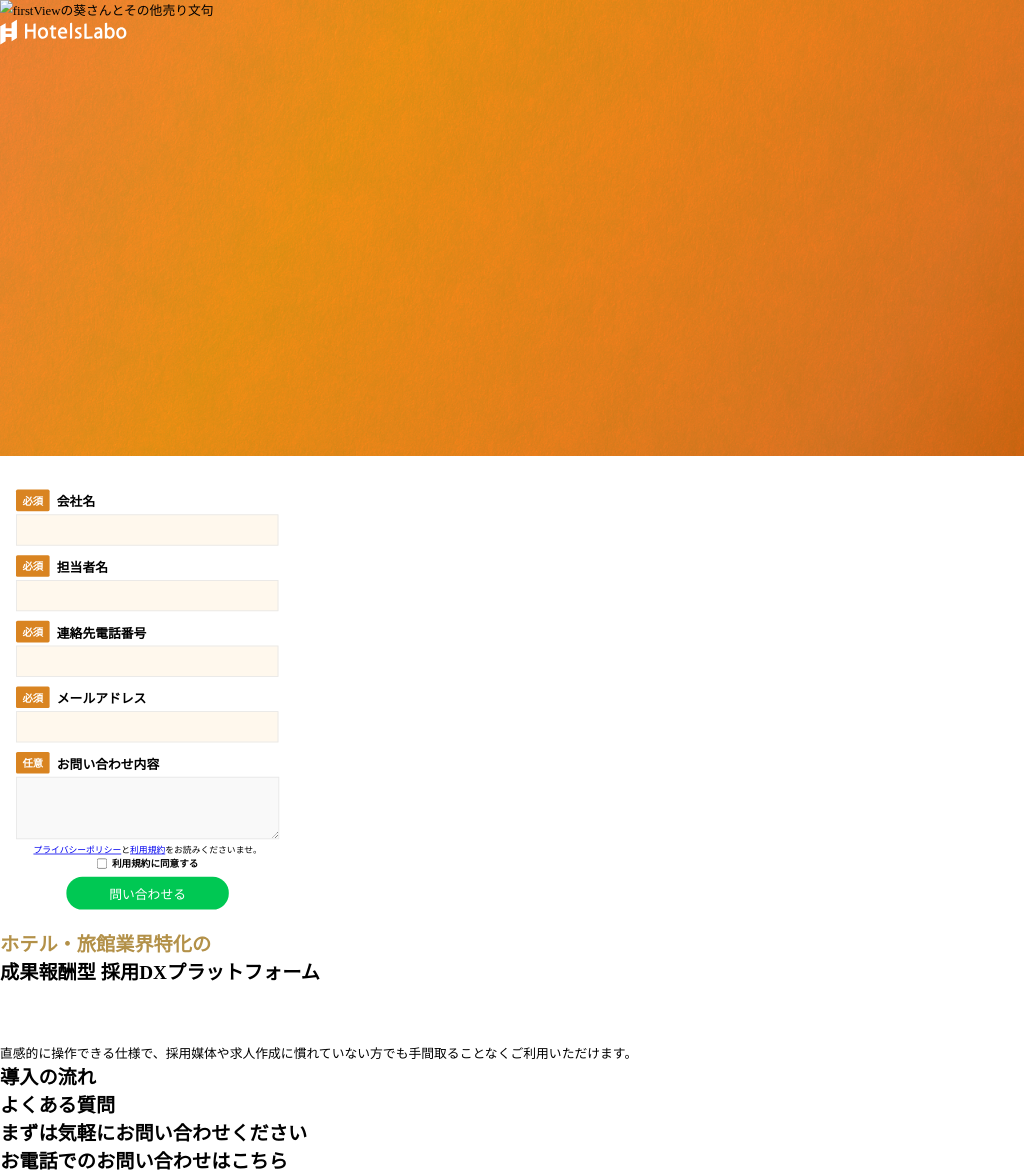
Repository: FujieRyou/to_b_lp
Page: index.html
An editor plug-in stored every save of this project. The page is shown before and after the next save, followed by the edit.
The browser window is 1280 px wide. The pictures show the whole page, at 80% of full size.

Above is the page before, as saved 2024-02-25 02:02:53.
Not found: index.js

### index.html
<!DOCTYPE html>
<html lang="ja">
    <head>
        <meta charset="utf-8">
        <meta http-equiv="X-UA-Compatible" content="ie=edge">
        <meta name="viewport" content="width=device-width,initial-scale=1.0,minimum-scale=1.0">
        <meta name="format-detection" content="telephone=no">
        <meta name="keywords" content="">
        <meta name="description" content="ここに説明文を設定">
        <meta name="twitter:card" content="summary">
        <meta name="twitter:site" content="@twitteraccount">
        <meta property="og:site_name" content="サイト名">
        <meta property="og:title" content="サイトタイトル">
        <meta property="og:description" content="サイト説明文">
        <meta property="og:url" content="https://www.hogehoge.com">
        <meta property="og:image" content="https://www.hogehoge.com./hoge.jpg">
        <meta property="og:image:type" content="image/jpeg">
        <meta property="og:image:width" content="600">
        <meta property="og:image:height" content="400">
        <meta property="og:type" content="website">
        <title>ホテルズラボ｜ホテルの求人・旅館の転職情報</title>
        <link rel="stylesheet" href="ress.css">
        <link rel="stylesheet" href="style.css">
    </head>
    <body>
        <main>
            <section>
                <div class="firstViewWrap">
                    <div class="firstViewEffect">
                        <div class="contentWrap">
                            <div>
                                <img src="" alt="firstViewの葵さんとその他売り文句">
                                <header>
                                    <h1>
                                        <img src="img/ロゴ.svg" alt="ホテルズラボのロゴ" class="logo">
                                    </h1>
                                </header>
                            </div>
                        </div>
                    </div>
                </div>
            </section>
            <!-- 動く会社のロゴ -->
            <section>
                <div>
                    <ul>
                        <li></li>
                    </ul>
                </div>
            </section>
            <!-- form -->
            <section>
                <div>
                    <form action="" class="formWrap">
                        <div class="formFlexStyle">
                            <label for="companyName"><span>必須</span>会社名</label>
                            <input type="text">
                        </div>
                        <div class="formFlexStyle">
                            <label for="companyName"><span>必須</span>担当者名</label>
                            <input type="text">
                        </div>
                        <div class="formFlexStyle">
                            <label for="companyName"><span>必須</span>連絡先電話番号</label>
                            <input type="text">
                        </div>
                        <div class="formFlexStyle">
                            <label for="companyName"><span>必須</span>メールアドレス</label>
                            <input type="text">
                        </div>
                        <div class="formFlexStyle">
                            <label for="companyName"><span>任意</span>お問い合わせ内容</label>
                            <textarea name="" id="" cols="30" rows="10"></textarea>
                        </div>
                        <p><a href="#">プライバシーポリシー</a>と<a href="#">利用規約</a>をお読みくださいませ。</p>
                        <div class="consent">
                            <input type="checkbox">
                            <label for="">利用規約に同意する</label>
                        </div>
                        <button type="submit">問い合わせる</button>
                    </form>
                </div>
            </section>
            <section>
                <div class="specializedIntroductionWrap">
                    <h2><span>ホテル・旅館業界特化の</span><br>成果報酬型 採用DXプラットフォーム</h2>
                    <div>
                        <div>
                            <img src="" alt="">
                            <img src="" alt="">
                            <img src="" alt="">
                        </div>
                    </div>
                </div>
            </section>
            <section>
                <div>
                    <p></p>
                    <h2><img src="" alt=""></h2>
                    <article></article>
                    <article></article>
                    <article></article>
                    <article></article>
                </div>
            </section>
            <section>
                <div>
                    <h2><img src="" alt=""></h2>
                    <p>直感的に操作できる仕様で、採用媒体や求人作成に慣れていない方でも手間取ることなくご利用いただけます。</p>
                </div>
            </section>
            <section>
                <div>
                    <h2>導入の流れ</h2>
                </div>
            </section>
            <section>
                <div>
                    <h2>よくある質問</h2>
                </div>
            </section>
            <section>
                <div>
                    <h2>まずは気軽にお問い合わせください</h2>
                </div>
            </section>
        </main>
        <footer>
            <h2>お電話でのお問い合わせはこちら</h2>
        </footer>
        <script src="index.js"></script>
    </body>
</html>

### ress.css
/*!
 * ress.css • v4.0.0
 * MIT License
 * github.com/filipelinhares/ress
 */

/* # =================================================================
   # Global selectors
   # ================================================================= */

   html {
    box-sizing: border-box;
    -webkit-text-size-adjust: 100%; /* Prevent adjustments of font size after orientation changes in iOS */
    word-break: normal;
    -moz-tab-size: 4;
    tab-size: 4;
  }

  *,
  ::before,
  ::after {
    background-repeat: no-repeat; /* Set `background-repeat: no-repeat` to all elements and pseudo elements */
    box-sizing: inherit;
  }

  ::before,
  ::after {
    text-decoration: inherit; /* Inherit text-decoration and vertical align to ::before and ::after pseudo elements */
    vertical-align: inherit;
  }

  * {
    padding: 0; /* Reset `padding` and `margin` of all elements */
    margin: 0;
  }

  /* # =================================================================
     # General elements
     # ================================================================= */

  hr {
    overflow: visible; /* Show the overflow in Edge and IE */
    height: 0; /* Add the correct box sizing in Firefox */
    color: inherit; /* Correct border color in Firefox. */
  }

  details,
  main {
    display: block; /* Render the `main` element consistently in IE. */
  }

  summary {
    display: list-item; /* Add the correct display in all browsers */
  }

  small {
    font-size: 80%; /* Set font-size to 80% in `small` elements */
  }

  [hidden] {
    display: none; /* Add the correct display in IE */
  }

  abbr[title] {
    border-bottom: none; /* Remove the bottom border in Chrome 57 */
    /* Add the correct text decoration in Chrome, Edge, IE, Opera, and Safari */
    text-decoration: underline;
    text-decoration: underline dotted;
  }

  a {
    background-color: transparent; /* Remove the gray background on active links in IE 10 */
  }

  a:active,
  a:hover {
    outline-width: 0; /* Remove the outline when hovering in all browsers */
  }

  code,
  kbd,
  pre,
  samp {
    font-family: monospace, monospace; /* Specify the font family of code elements */
  }

  pre {
    font-size: 1em; /* Correct the odd `em` font sizing in all browsers */
  }

  b,
  strong {
    font-weight: bolder; /* Add the correct font weight in Chrome, Edge, and Safari */
  }

  /* https://gist.github.com/unruthless/413930 */
  sub,
  sup {
    font-size: 75%;
    line-height: 0;
    position: relative;
    vertical-align: baseline;
  }

  sub {
    bottom: -0.25em;
  }

  sup {
    top: -0.5em;
  }

  table {
    border-color: inherit; /* Correct border color in all Chrome, Edge, and Safari. */
    text-indent: 0; /* Remove text indentation in Chrome, Edge, and Safari */
  }

  /* # =================================================================
     # Forms
     # ================================================================= */

  input {
    border-radius: 0;
  }

  /* Replace pointer cursor in disabled elements */
  [disabled] {
    cursor: default;
  }

  [type='number']::-webkit-inner-spin-button,
  [type='number']::-webkit-outer-spin-button {
    height: auto; /* Correct the cursor style of increment and decrement buttons in Chrome */
  }

  [type='search'] {
    -webkit-appearance: textfield; /* Correct the odd appearance in Chrome and Safari */
    outline-offset: -2px; /* Correct the outline style in Safari */
  }

  [type='search']::-webkit-search-decoration {
    -webkit-appearance: none; /* Remove the inner padding in Chrome and Safari on macOS */
  }

  textarea {
    overflow: auto; /* Internet Explorer 11+ */
    resize: vertical; /* Specify textarea resizability */
  }

  button,
  input,
  optgroup,
  select,
  textarea {
    font: inherit; /* Specify font inheritance of form elements */
  }

  optgroup {
    font-weight: bold; /* Restore the font weight unset by the previous rule */
  }

  button {
    overflow: visible; /* Address `overflow` set to `hidden` in IE 8/9/10/11 */
  }

  button,
  select {
    text-transform: none; /* Firefox 40+, Internet Explorer 11- */
  }

  /* Apply cursor pointer to button elements */
  button,
  [type='button'],
  [type='reset'],
  [type='submit'],
  [role='button'] {
    cursor: pointer;
    color: inherit;
  }

  /* Remove inner padding and border in Firefox 4+ */
  button::-moz-focus-inner,
  [type='button']::-moz-focus-inner,
  [type='reset']::-moz-focus-inner,
  [type='submit']::-moz-focus-inner {
    border-style: none;
    padding: 0;
  }

  /* Replace focus style removed in the border reset above */
  button:-moz-focusring,
  [type='button']::-moz-focus-inner,
  [type='reset']::-moz-focus-inner,
  [type='submit']::-moz-focus-inner {
    outline: 1px dotted ButtonText;
  }

  button,
  html [type='button'], /* Prevent a WebKit bug where (2) destroys native `audio` and `video`controls in Android 4 */
  [type='reset'],
  [type='submit'] {
    -webkit-appearance: button; /* Correct the inability to style clickable types in iOS */
  }

  /* Remove the default button styling in all browsers */
  button,
  input,
  select,
  textarea {
    background-color: transparent;
    border-style: none;
  }

  a:focus,
  button:focus,
  input:focus,
  select:focus,
  textarea:focus {
    outline-width: 0;
  }

  /* Style select like a standard input */
  select {
    -moz-appearance: none; /* Firefox 36+ */
    -webkit-appearance: none; /* Chrome 41+ */
  }

  select::-ms-expand {
    display: none; /* Internet Explorer 11+ */
  }

  select::-ms-value {
    color: currentColor; /* Internet Explorer 11+ */
  }

  legend {
    border: 0; /* Correct `color` not being inherited in IE 8/9/10/11 */
    color: inherit; /* Correct the color inheritance from `fieldset` elements in IE */
    display: table; /* Correct the text wrapping in Edge and IE */
    max-width: 100%; /* Correct the text wrapping in Edge and IE */
    white-space: normal; /* Correct the text wrapping in Edge and IE */
    max-width: 100%; /* Correct the text wrapping in Edge 18- and IE */
  }

  ::-webkit-file-upload-button {
    /* Correct the inability to style clickable types in iOS and Safari */
    -webkit-appearance: button;
    color: inherit;
    font: inherit; /* Change font properties to `inherit` in Chrome and Safari */
  }

  /* # =================================================================
     # Specify media element style
     # ================================================================= */

  img {
    border-style: none; /* Remove border when inside `a` element in IE 8/9/10 */
  }

  /* Add the correct vertical alignment in Chrome, Firefox, and Opera */
  progress {
    vertical-align: baseline;
  }

  /* # =================================================================
     # Accessibility
     # ================================================================= */

  /* Specify the progress cursor of updating elements */
  [aria-busy='true'] {
    cursor: progress;
  }

  /* Specify the pointer cursor of trigger elements */
  [aria-controls] {
    cursor: pointer;
  }

  /* Specify the unstyled cursor of disabled, not-editable, or otherwise inoperable elements */
  [aria-disabled='true'] {
    cursor: default;
  }

### style.css
.firstViewWrap{
    width: 100vw;
    height: 570px;
    background-image: url("./img/bgcMain.png");
}

.firstViewEffect{
    width: 100%;
    height: 100%;
    background-image: url("./img/bgcBler.png");
}








/* formstyle */

form{
    width: 369px;
    padding: 24px 20px;
}

.formFlexStyle{
    display: flex;
    flex-direction: column;
}

.formDetail{
    margin: 0 auto;
}

.formFlexStyle > label{
    font-size: 16px;
    font-weight: bold;
    margin-bottom: 4px;
    display: flex;
    align-items: center;
}

.formFlexStyle > label > span{
    background-color: rgba(217, 132, 33, 1);
    color: #fff;
    font-size: 13px;
    border-radius: 2px;
    margin-right: 9px;
    padding: 4px 8px;
}

.formFlexStyle > input{
    width: 328px;
    height: 39px;
    border: solid 1.03px rgba(230, 230, 230, 1);
    background-color: rgba(255, 248, 237, 1);
    margin-bottom: 12px;
}

.formFlexStyle > textarea{
    width: 328.65px;
    height: 78.05px;
    border: solid 1.03px rgba(230, 230, 230, 1);
    background-color: rgba(249, 249, 249, 1);
}

.formWrap > p{
    font-size: 11px;
    text-align: center;
    margin-top: 4px;
}

.consent{
    display: flex;
    align-items: center;
    justify-content: center;
    margin-top: 1px;
}

.consent > label{
    font-size: 12px;
    font-weight: bold;
    margin-left: 6px;
}

.formWrap > button{
    display: block;
    width: 203.35px;
    height: 41.08px;
    background-color: rgba(0, 200, 83, 1);
    color: #fff;
    border-radius: 20px;
    margin: 0 auto;
    margin-top: 8px;
}



.specializedIntroductionWrap > h2 > span{
    color: rgba(179, 145, 73, 1);
}

After the next save:
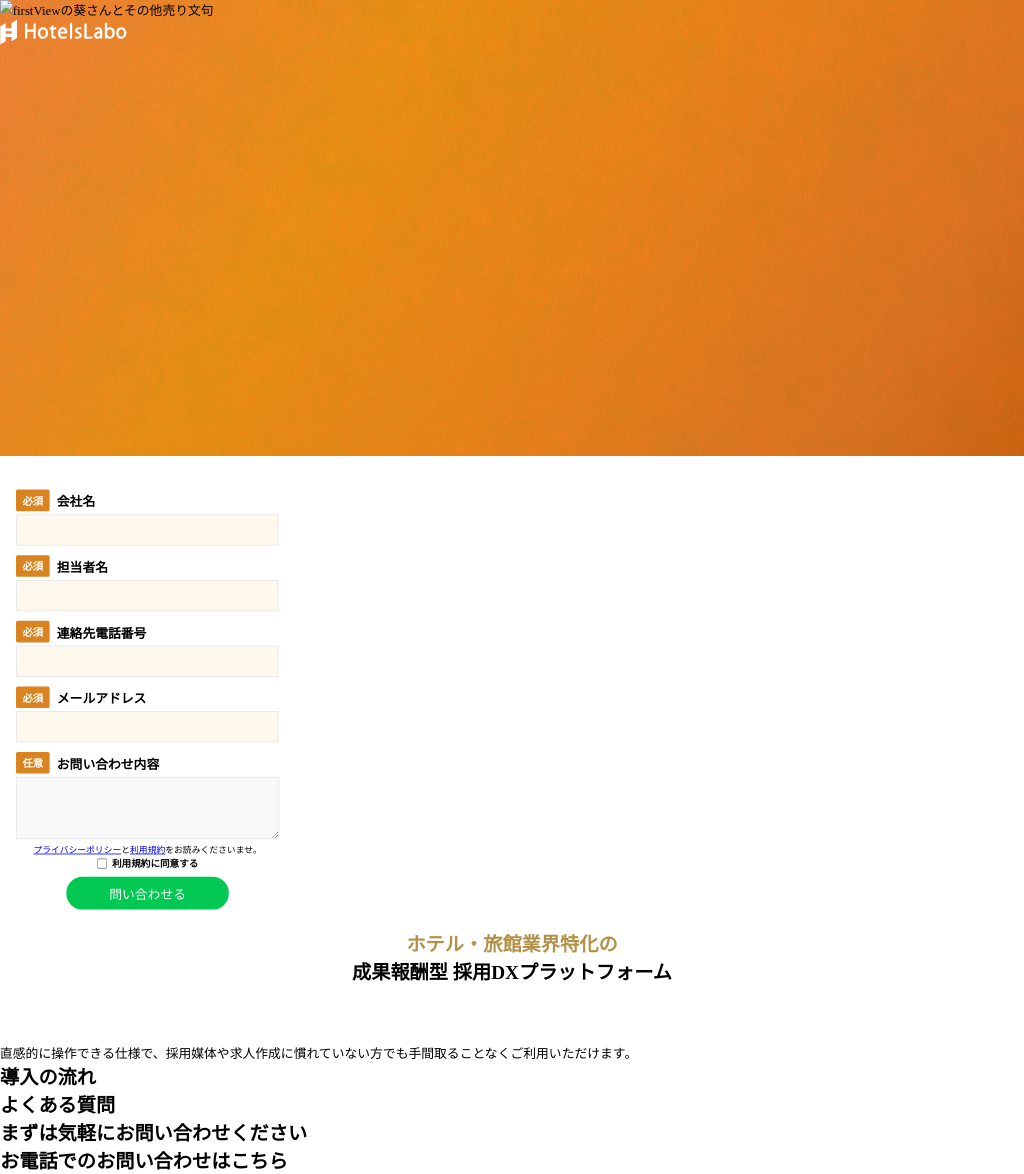
Saved 24 s later.
--- a/style.css
+++ b/style.css
@@ -97,6 +97,10 @@
 
 
 
+.specializedIntroductionWrap > h2{
+    text-align: center;
+}
+
 .specializedIntroductionWrap > h2 > span{
     color: rgba(179, 145, 73, 1);
 }
